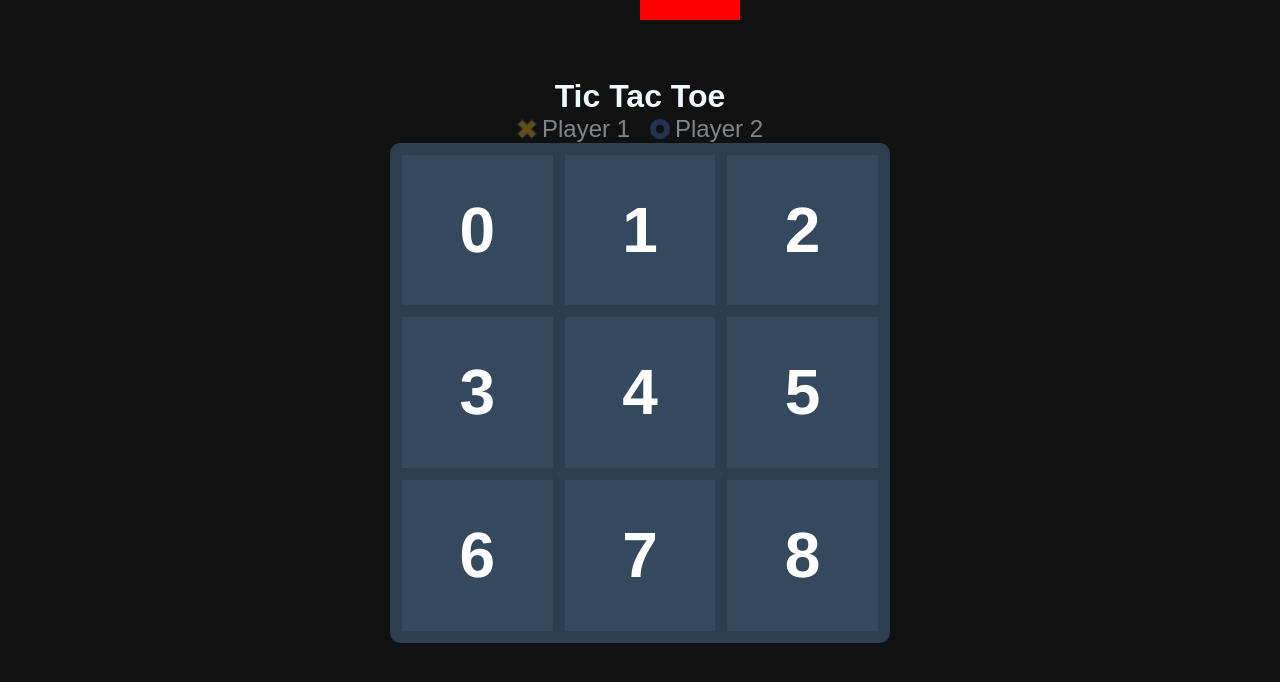
Repository: richardlieknis/tictactoe
Page: index.html
These files come from the project's save history. The page is drawn as it stood at one moment and after the next save; the edit follows.
The browser window is 1280 px wide. The pictures show the whole page.

Above is the page before, as saved 2022-12-08 14:26:37.

After the next save:
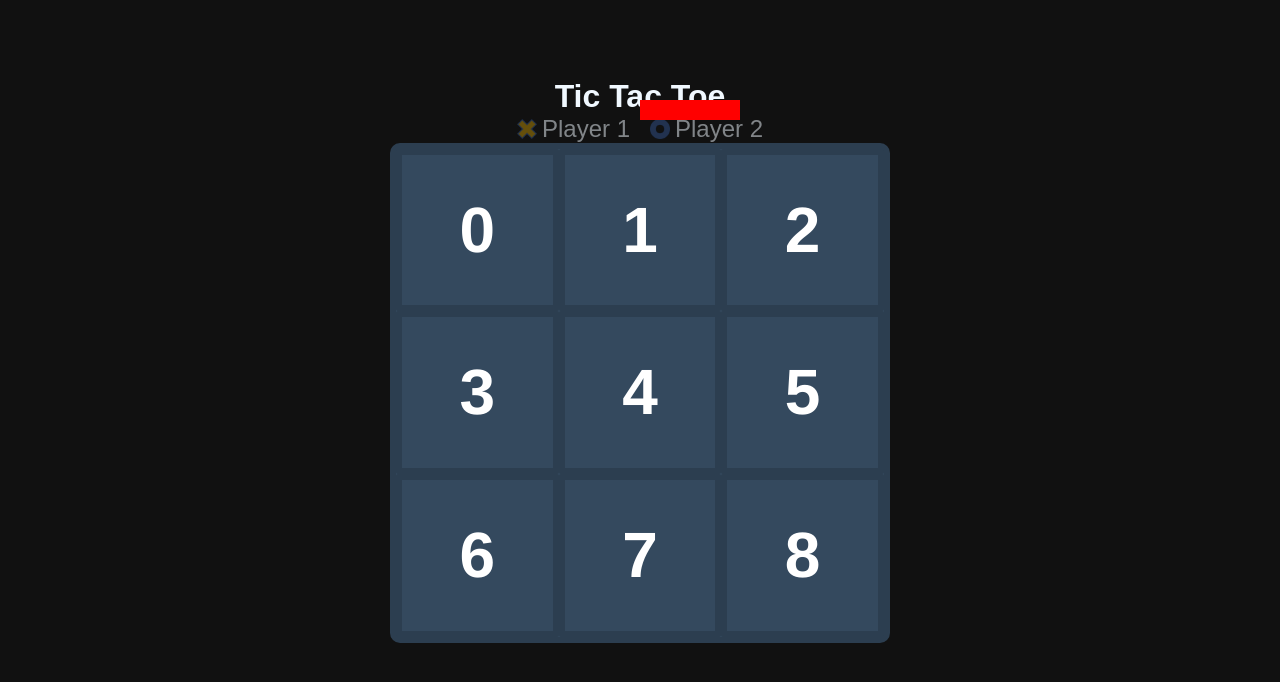
Saved 30 s later.
--- a/css/style.css
+++ b/css/style.css
@@ -71,9 +71,10 @@
 
 .line {
     position: absolute;
+    display: flex;
     background-color: #f00;
     width: 100px;
     height: 20px;
     margin-bottom: 1px;
-    top: 0;
+    top: 100px;
 }
